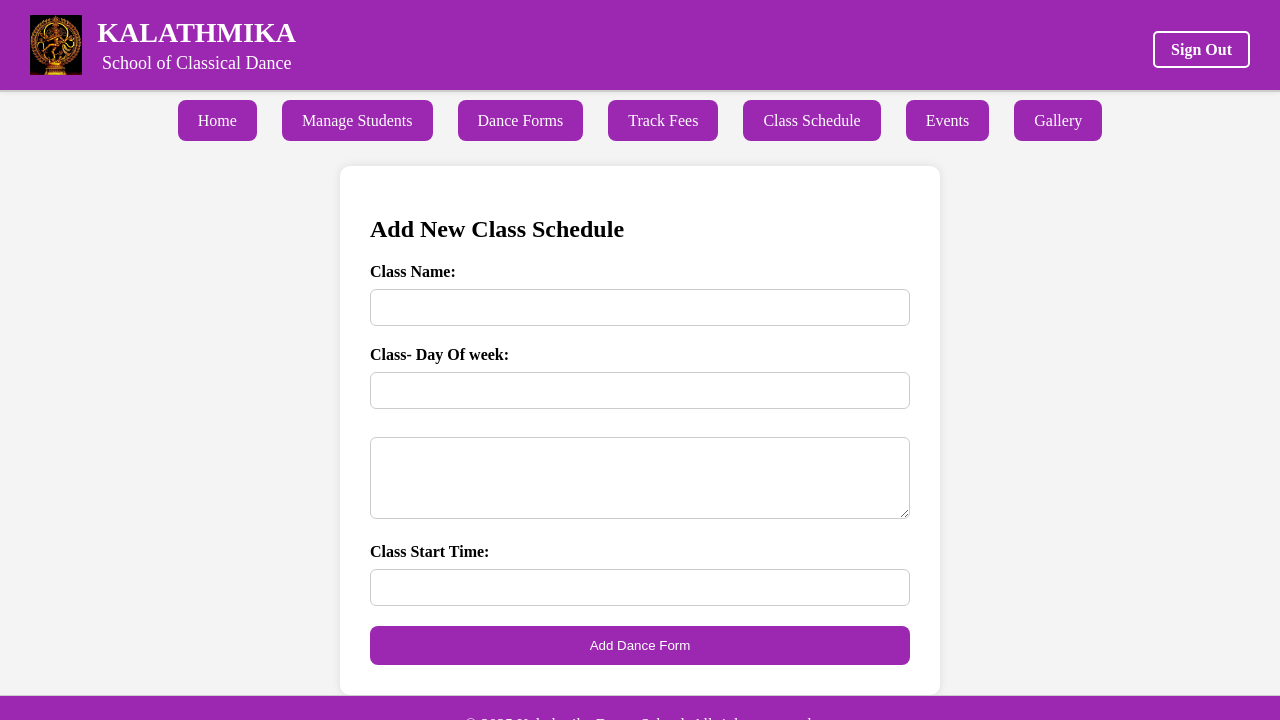
Repository: ammubancilal/LUMINAR-JDK17-STS4-SPRINGBOOT-KALATHMIKA-DANCESCHOOL
Page: http://localhost/springboot-jsp-kalathmika/WEB-INF/jsp/addClassSchedule.jsp
The author's editor kept a copy of each file at every save. The page is drawn from the files as they stood at one save, then again after the next save.
The browser window is 1280 px wide. The pictures show the whole page.
An inner scrolling area shows only its first screen. The page is served by Tomcat 10. Nobody is signed in. Other server files are loaded and not shown. The template is opened directly, without the code that normally fills it, so the values that code supplies are empty.

Above is the page before, as saved 2025-04-29 18:51:21.

### springboot-jsp-kalathmika/src/main/webapp/WEB-INF/jsp/addClassSchedule.jsp
<%@ page contentType="text/html;charset=UTF-8" language="java" %>
<%@ include file="header.jsp" %>
<!DOCTYPE html>
<html>
<head>
    <title>Add New Class Schedule</title>
    <style>
     ul.nav-menu {
            list-style-type: none;
            padding: 0;
            margin: 20px auto 0 auto;
            display: flex;
            justify-content: center;
            gap: 25px;
        }

        ul.nav-menu li a {
            text-decoration: none;
            background-color: #9C27B0;
            color: white;
            padding: 12px 20px;
            border-radius: 8px;
        }

        ul.nav-menu li a:hover {
            background-color: #7B1FA2;
        }
        /* body {
            font-family: Arial, sans-serif;
            background: #f2f2f2;
            padding: 30px;
        }
 */
        .form-container {
            max-width: 600px;
            margin: auto;
            background: white;
            padding: 30px;
            box-shadow: 0 0 10px rgba(0,0,0,0.1);
            border-radius: 10px;
        }



        input, select, textarea {
            width: 100%;
            padding: 10px;
            margin-top: 8px;
            margin-bottom: 20px;
            border: 1px solid #ccc;
            border-radius: 6px;
        }

        label {
            font-weight: bold;
        }

        .btn-submit {
            background-color: #9C27B0;
            color: white;
            padding: 12px;
            border: none;
            border-radius: 8px;
            cursor: pointer;
            width: 100%;
        }

        .btn-submit:hover {
            background-color: #7B1FA2;
        }
    </style>
</head>
<body>

<nav>
    <ul class="nav-menu">
    <li><a href="/admin/dashboard">Home</a></li>
        <li><a href="/admin/manageStudents">Manage Students</a></li>
        <li><a href="/admin/danceForms">Dance Forms</a></li>
        <li><a href="/admin/trackFees">Track Fees</a></li>
         <li><a href="/admin/classSchedule">Class Schedule</a></li>
        <li><a href="/admin/Events">Events</a></li>
        <li><a href="/admin/Gallery">Gallery</a></li>

    </ul>
</nav>
<br><br>
<div class="form-container">
    <h2>Add New Class Schedule</h2>
    <form action="${pageContext.request.contextPath}/admin/saveDance" method="post">
         <div>
    <label for="class_name">Class Name:</label>
    <input type="text" id="className" name="className" required>
  </div>

  <div>
    <label for="dance_desc">Class- Day Of week:</label>
    <input type="text" id="classDayofweek" name="classDayofweek" required>

    <textarea id="dance_desc" name="classDayofweek" rows="4" cols="50" required></textarea>
  </div>

  <div>
    <label for="dance_origin_state">Class Start Time:</label>
    <input type="text" id="dance_origin_state" name="dance_origin_state" required>
  </div>

        <button type="submit" class="btn-submit">Add Dance Form</button>
    </form>
</div>

</body>
</html>
<%@ include file="footer.jsp" %>

### springboot-jsp-kalathmika/src/main/webapp/WEB-INF/jsp/header.jsp
<%@ page contentType="text/html;charset=UTF-8"%>
<!DOCTYPE html>
<html lang="en">
<head>
    <meta charset="UTF-8">
    <meta name="viewport" content="width=device-width, initial-scale=1.0">
    <title>Kalathmika Admin Dashboard</title>
    <style>
       html, body {
    height: 100%;
    margin: 0;
    padding: 0;
    overflow-x: hidden; /* 👈 Prevents horizontal scroll */
    box-sizing: border-box; /* 👈 Makes widths/paddings behave properly */
    background-color: #f4f4f4;
}

* {
    box-sizing: inherit;
    max-width: 100%; /* Prevents child elements from breaking the layout */
}

        /* Header section styling */
        .header {
            background-color: #9C27B0;
            padding: 15px 30px;
            display: flex;
            justify-content: space-between;
            align-items: center;
            box-shadow: 0 2px 5px rgba(0, 0, 0, 0.1);
            color: white;
            flex-wrap: wrap;
            width: 100%; /* Add this */

        }

        .header-left {
            display: flex;
            align-items: center;
            gap: 15px;
        }

        .header-left img {
            height: 60px;
            width: auto;
        }

        .text-block {
            display: flex;
            flex-direction: column;
            justify-content: center;
            text-align: center;
        }

        .text-block h1 {
            margin: 0;
            font-size: 28px;
            font-weight: bold;
        }

        .text-block h2 {
            margin: 4px 0 0 0;
            font-size: 18px;
            font-weight: normal;
        }

        .header-right {
            margin-top: 10px;
        }

        .header-right a {
            text-decoration: none;
            color: white;
            font-weight: bold;
            padding: 8px 16px;
            border: 2px solid white;
            border-radius: 5px;
            transition: background-color 0.3s, color 0.3s;
        }

        .header-right a:hover {
            background-color: white;
            color: #9C27B0;
        }

        hr {
            border: 1px solid #ccc;
            margin: 0;
        }

        /* Responsive design */
        @media (max-width: 600px) {
            .header {
                flex-direction: column;
                text-align: center;
            }

            .header-left {
                flex-direction: column;
                align-items: center;
            }

            .header-right {
                margin-top: 10px;
            }

            .text-block h1 {
                font-size: 22px;
            }

            .text-block h2 {
                font-size: 16px;
            }
        }
    </style>
</head>
<body>

    <div class="header">
        <div class="header-left">
            <img src="${pageContext.request.contextPath}/images/nadaraja.jpg" alt="Kalathmika Logo">
            <div class="text-block">
                <h1>KALATHMIKA</h1>
                <h2>School of Classical Dance</h2>
            </div>
        </div>
        <div class="header-right">
            <a href="${pageContext.request.contextPath}/index">Sign Out</a>
        </div>
    </div>

    <hr>

</body>
</html>

### springboot-jsp-kalathmika/src/main/webapp/WEB-INF/jsp/footer.jsp
<%@ page contentType="text/html;charset=UTF-8" %>
<!DOCTYPE html>
<html lang="en">
<head>
    <meta charset="UTF-8">
    <meta name="viewport" content="width=device-width, initial-scale=1.0">
    <title>Kalathmika Footer</title>
    <style>
        /* General styling for the body and layout */
        html, body {
            height: 100%; /* Ensures the body takes up the full height of the screen */
            margin: 0; /* Removes default margin */
            display: flex;
            flex-direction: column; /* Stacks the content vertically */
        }

        /* Main content area */
        .content {
            flex-grow: 1; /* Takes up the remaining space to push the footer to the bottom */
        }

        /* Footer section styling */
        .footer {
            text-align: center;
            padding: 20px;
            font-size: 16px;
            color: #fff;
            background-color: #9C27B0;
            border-top: 1px solid #ccc;
            margin-top: auto; /* Push footer to bottom if there's space */
        width: 100%;
        }

        .footer a {
            color: #fff;
            text-decoration: none;
        }

        .footer a:hover {
            text-decoration: underline;
        }
    </style>
</head>
<body>

   <!--  <div class="content">
        Your main content goes here

    </div> -->

    <div class="footer">
        &copy; 2025 Kalathmika Dance School. All rights reserved.
    </div>

</body>
</html>

After the next save:
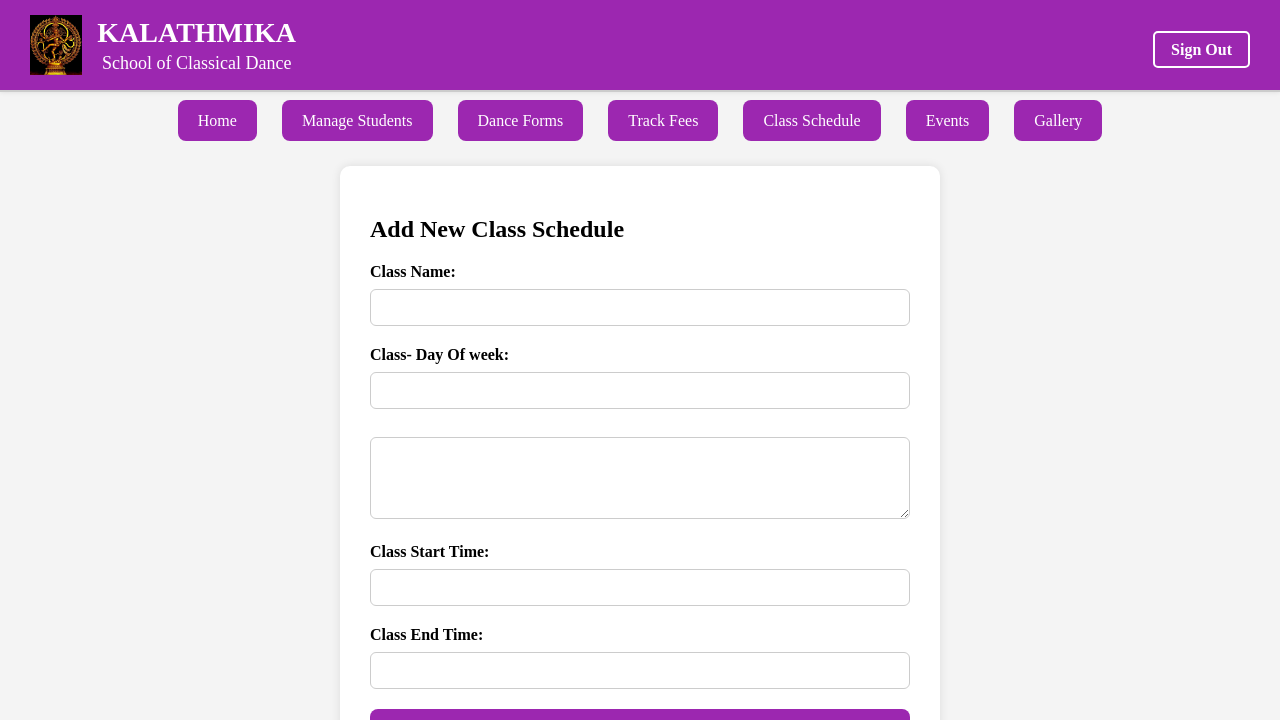
Saved 70 s later.
--- a/springboot-jsp-kalathmika/src/main/webapp/WEB-INF/jsp/addClassSchedule.jsp
+++ b/springboot-jsp-kalathmika/src/main/webapp/WEB-INF/jsp/addClassSchedule.jsp
@@ -102,8 +102,14 @@
 
   <div>
     <label for="dance_origin_state">Class Start Time:</label>
-    <input type="text" id="dance_origin_state" name="dance_origin_state" required>
+    <input type="text" id="classStarttime" name="classStarttime" required>
   </div>
+
+  <div>
+    <label for="dance_origin_state">Class End Time:</label>
+    <input type="text" id="classStarttime" name="classStarttime" required>
+  </div>
+
 
         <button type="submit" class="btn-submit">Add Dance Form</button>
     </form>
